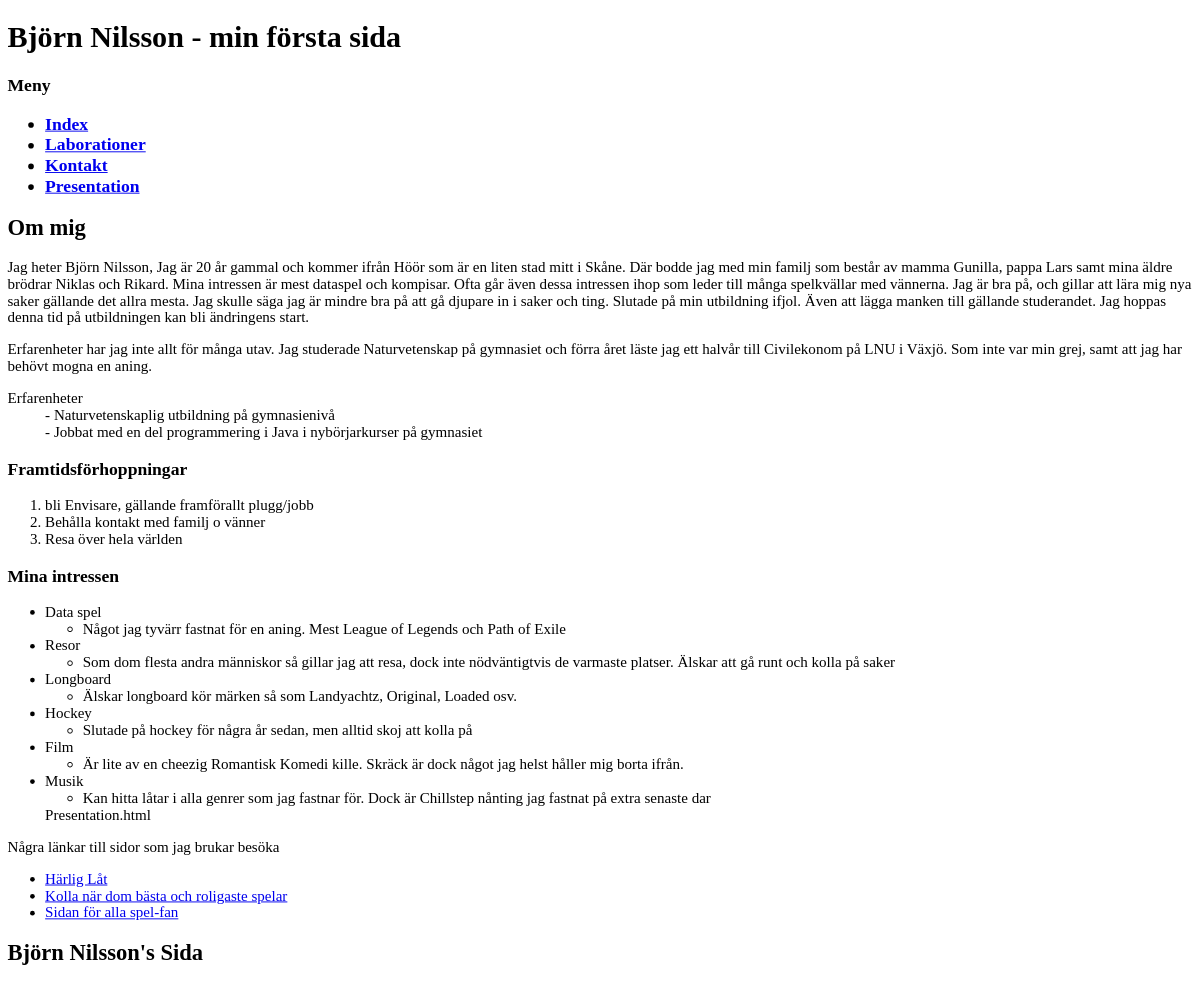
Repository: bn222cf/1IK415
Page: Presentation.html
The author's editor kept a record of every edit. The page is drawn from the files as they stood at one moment, then again after the next edit.
The browser window is 1280 px wide. The pictures show the whole page, at 94% of full size.

Above is the page before.
Not found: css/Copy.css
Not found: css/Mobile.css
Not found: css/style.css

### Presentation.html
<!DOCTYPE HTML>

<html lang="sv"> <!--här väljer jag att sidan ska "vara" på svenska-->

    <head>
        <meta charset="utf-8"/>  <!--här ser vi att jag har valt att förbereda sidan för användning av å,ä,ö -->

        <Title>Björn Nilsson - Min Första Sida</Title>

        <link rel="stylesheet" href="../css/style.css" type="text/css" />

        <link rel="stylesheet" media="only screen and (max-device-width: 481px)" href="../css/Mobile.css" type="text/css" />
        <meta content='width=device-width; initial-scale=1.0; maximum-scale=1.0; user-scalable=0;' name='viewport' />

        <link rel='shortcut icon' type='image/x-icon' href='../css/Pics/favicon.ico' />

        <link rel="apple-touch-icon" href="../css/Pics/touch-icon-iphone.png">

        <link rel="stylesheet" media="print" href="../css/Copy.css" />

        <style>
            ::selection {
            color:#F7F7F7;
            background: #D0458E; /* Denna gör det kompatibelt med WebKit/Blink webläsare så som safari och google! */
            }
            ::-moz-selection {
            color:#F7F7F7;
            background: #D0458E; /* Denna gör koden kompatibell med Gecko webläsare alltså mozilla! */
            }
        </style>

    </head>

    <!--Här Har jag en presentation om mig och listor i listor inom olika kategorier-->
    <body>
       <div id="background">
        <div id="headerForPress">
        <h1>Björn Nilsson - min första sida</h1>

        </div>

        <div id="Navigation">
        <h3>Meny</</h3>

        <!--Länkar till mina andra sidor !-->
        <ul>
            <li><a class="Index" href="../Index.html">Index</a></li>
            <li><a class="Laborationer" href="Laborationer.html">Laborationer</a></li>
            <li><a class="Kontakt" href="Kontakt.html">Kontakt</a></li>
            <li class="active"><a class="Presentation" href="Presentation.html">Presentation</a></li>
        </ul>
        </div>

        <div id="content">
        <h2>Om mig</h2>
        <p> Jag heter Björn Nilsson, Jag är 20 år gammal och kommer ifrån Höör som är en liten stad mitt i Skåne.
        Där bodde jag med min familj som består av mamma Gunilla, pappa Lars samt mina äldre brödrar Niklas och Rikard.
        Mina intressen är mest dataspel och kompisar. Ofta går även dessa intressen ihop som leder till många spelkvällar med vännerna.
        Jag är bra på, och gillar att lära mig nya saker gällande det allra mesta. Jag skulle säga jag är mindre bra på att
        gå djupare in i saker och ting. Slutade på min utbildning ifjol. Även att lägga manken till
        gällande studerandet. Jag hoppas denna tid på utbildningen kan bli ändringens start.
        </p>

        <p>Erfarenheter har jag inte allt för många utav. Jag studerade Naturvetenskap på gymnasiet
        och förra året läste jag ett halvår till Civilekonom på LNU i Växjö. Som inte var min grej,
        samt att jag har behövt mogna en aning.

        </p>

        <dl>
            <dt>Erfarenheter</dt>
                <dd>- Naturvetenskaplig utbildning på gymnasienivå</dd>
                <dd>- Jobbat med en del programmering i Java i nybörjarkurser på gymnasiet</dd>
        </dl>

        <h3>Framtidsförhoppningar</h3>
        <ol>
            <li>bli Envisare, gällande framförallt plugg/jobb</li>
            <li>Behålla kontakt med familj o vänner</li>
            <li>Resa över hela världen</li>

        </ol>
            <h3>Mina intressen</h3>

         <ul>
             <li>Data spel
         <ul>
               <li>Något jag tyvärr fastnat för en aning. Mest League of Legends och Path of Exile</li>
         </ul>
             <li>Resor
         <ul>
               <li>Som dom flesta andra människor så gillar jag att resa, dock inte nödväntigtvis de varmaste platser. Älskar att gå runt och kolla på saker</li>
         </ul>
             <li>Longboard
         <ul>
               <li>Älskar longboard kör märken så som Landyachtz, Original, Loaded osv.</li>
         </ul>
             <li>Hockey
         <ul>
               <li>Slutade på hockey för några år sedan, men alltid skoj att kolla på</li>
         </ul>
             <li>Film
         <ul>
               <li>Är lite av en cheezig Romantisk Komedi kille. Skräck är dock något jag helst håller mig borta ifrån.</li>
         </ul>
             <li>Musik
         <ul>
               <li>Kan hitta låtar i alla genrer som jag fastnar för. Dock är Chillstep nånting jag fastnat på extra senaste dar</li>
         </ul>Presentation.html
               </li>

     </ul>

            <p>Några länkar till sidor som jag brukar besöka</p>
     <ul>
            <li class="link"><a href="https://www.youtube.com/watch?v=-R8TMFq0Nmk&spf">Härlig Låt</a></li>
            <li class="link"><a href="http://www.twitch.tv">Kolla när dom bästa och roligaste spelar</a></li>
            <li class="link"><a href="http://www.ign.com">Sidan för alla spel-fan</a></li>
     </ul>
     </div>



        <div id="footer">

        <h2>Björn Nilsson's Sida</h2>


        </div>

        </div>

        </body>


</html>

After the next edit:
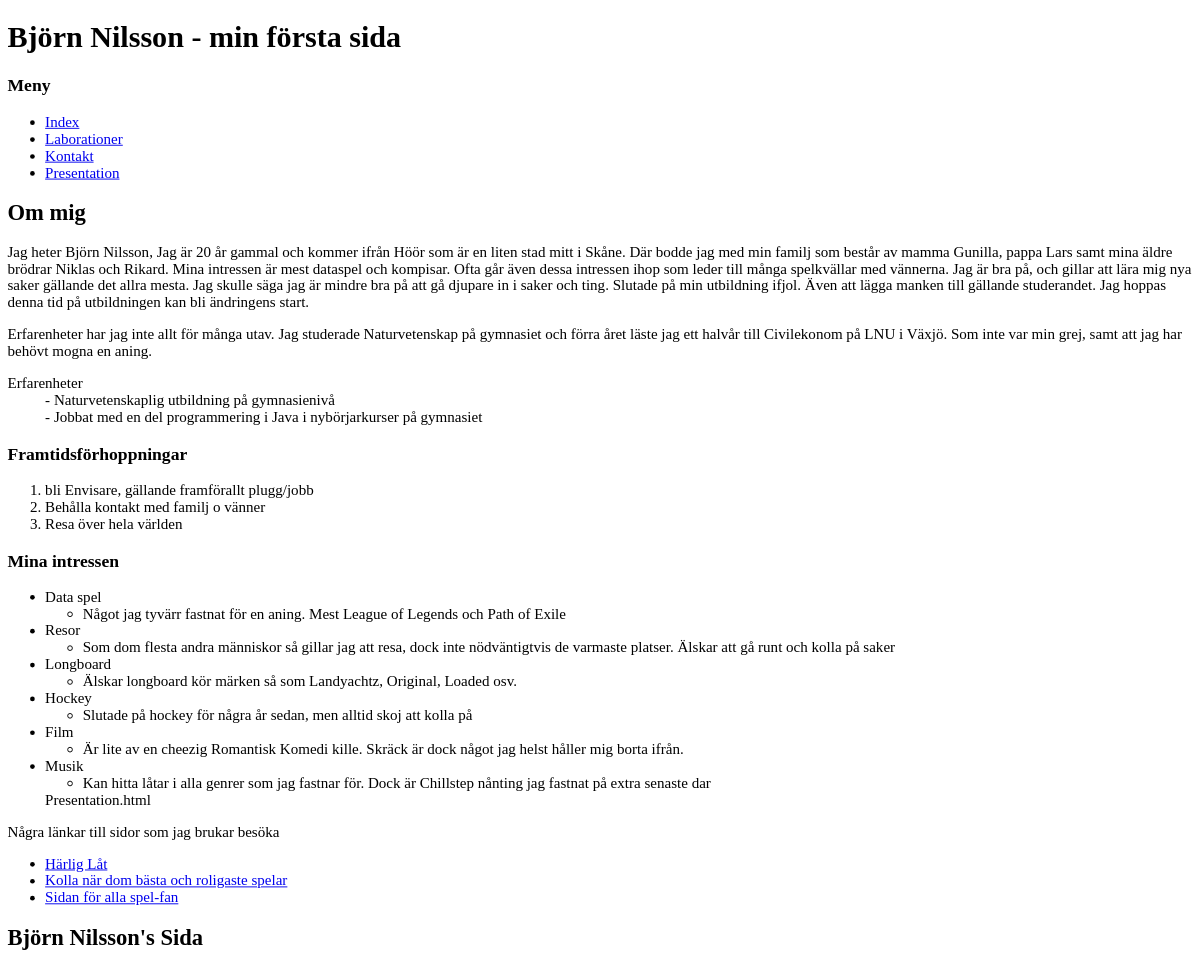
The edit:
--- a/Presentation.html
+++ b/Presentation.html
@@ -40,7 +40,7 @@
         </div>
 
         <div id="Navigation">
-        <h3>Meny</</h3>
+        <h3>Meny</h3>
 
         <!--Länkar till mina andra sidor !-->
         <ul>
